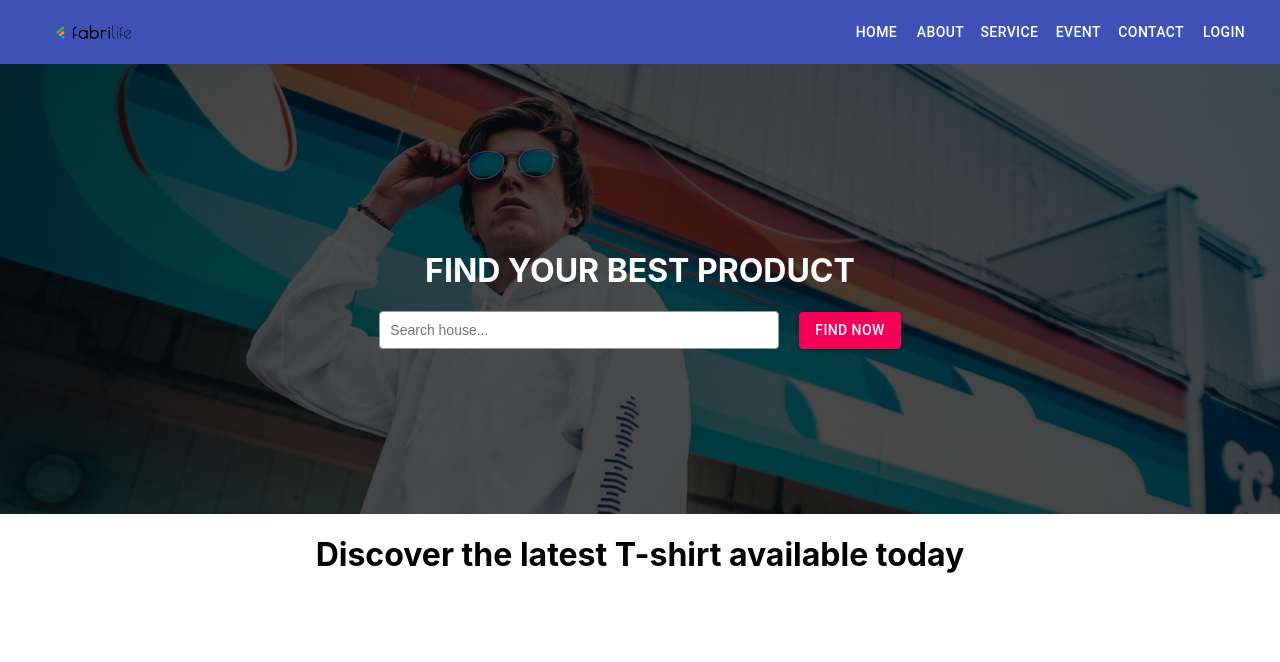
Repository: arif286/fabrilife-E-commerce-client-site
Page: /
The author's editor kept a copy of each file at every save. The page is drawn from the files as they stood at one save, then again after the next save.
The browser window is 1280 px wide. The pictures show the whole page.
The page's requests for data from a server got no answer. The project was rebuilt for these pictures with package versions that can differ from the ones it lists, and the page was loaded fresh each time. No one was signed in, and anything a server would have sent is missing. Also part of the build but not shown: src/components/AddEvent/AddEvent.css, src/components/AddEvent/AddEvent.js, src/components/Shop/ShopCard/ShopCard.js, src/components/NoMatch/NoMatch.js.

Above is the page before, as saved 2021-03-31 01:43:19.

### src/App.js
import React from "react";
import { BrowserRouter as Router, Route, Switch } from "react-router-dom";
import AddEvent from "./components/AddEvent/AddEvent";
import Header from "./components/Header/Header";
import Home from "./components/Home/Home";
import NoMatch from "./components/NoMatch/NoMatch";


function App() {
  return (
    <div>
      <Router>
        <Header />
        <Switch>
          <Route path="/home">
            <Home/>
          </Route>
          <Route path="/addEvent">
            <AddEvent />
          </Route>
          <Route exact path="/">
            <Home />
          </Route>
          <Route path="*">
            <NoMatch />
          </Route>
        </Switch>
      </Router>
    </div>
  );
}

export default App;

### src/components/Header/Header.js
import AppBar from "@material-ui/core/AppBar";
import Button from "@material-ui/core/Button";
import { makeStyles } from "@material-ui/core/styles";
import Toolbar from "@material-ui/core/Toolbar";
import Typography from "@material-ui/core/Typography";
import React from "react";
import { NavLink } from "react-router-dom";
import logo from "../../tshirt-shop/logos/fabrilife.svg";
import "./Header.css";

const useStyles = makeStyles((theme) => ({
  root: {
    flexGrow: 1,
  },
  menuButton: {
    marginRight: theme.spacing(2),
  },
  title: {
    flexGrow: 1,
  },
}));

const Header = () => {
  const classes = useStyles();

  return (
    <div className={classes.root}>
      <AppBar position="static">
        <Toolbar>
          <img
            style={{ width: "80px", marginLeft: "30px" }}
            src={logo}
            alt=""
          />
          {/* <IconButton
              edge="start"
              className={classes.menuButton}
              color="inherit"
              aria-label="menu"
            >
              <MenuIcon />
            </IconButton> */}
          <Typography variant="h6" className={classes.title}></Typography>
          <NavLink className="header-link" to="/home">
            <Button color="inherit">Home</Button>
          </NavLink>
          <NavLink className="header-link" to="/home">
            <Button color="inherit">About</Button>
          </NavLink>
          <NavLink className="header-link" to="/home">
            <Button color="inherit">Service</Button>
          </NavLink>
          <NavLink className="header-link" to="/addEvent">
            <Button color="inherit">Event</Button>
          </NavLink>
          <NavLink className="header-link" to="/home">
            <Button color="inherit">Contact</Button>
          </NavLink>
          <NavLink className="header-link" to="/login">
            <Button color="inherit">Login</Button>
          </NavLink>
        </Toolbar>
      </AppBar>
    </div>
  );
};

export default Header;

### src/components/Home/Home.js
import React from 'react';
import SearchBar from '../SearchBar/SearchBar';
import Shop from '../Shop/Shop';

const Home = () => {
    return (
        <>
            <SearchBar/>
            <Shop/>
        </>
    );
};

export default Home;

### src/components/Header/Header.css
.header-link {
  text-decoration: none;
  color: white;
}

### src/components/SearchBar/SearchBar.js
import { Button } from "@material-ui/core";
import React from "react";
import "./SearchBar.css";

const SearchBar = () => {
  return (
    <div className="bgImage">
      <div className="search-bar">
        <h1>Find your best product</h1>
        <div className="search-bar">
          <input placeholder="Search house..." type="text" />
          <Button color="secondary" variant="contained">
            Find Now
          </Button>
        </div>
      </div>
    </div>
  );
};

export default SearchBar;

### src/components/Shop/Shop.js
import { Container, Grid } from "@material-ui/core";
import axios from "axios";
import React, { useEffect, useState } from "react";
import ShopCard from "./ShopCard/ShopCard";

const Shop = () => {
     const [event, setEvent] = useState([]);

     useEffect(() => {
       axios
         .get("http://localhost:5000/event")
         .then((res) => setEvent(res.data))
         .catch((error) => console.log(error));
     }, []);

    return (
      <div>
        <Container>
          <Grid container direction="column" alignItems="center">
            <h1> Discover the latest T-shirt available today</h1>
          </Grid>
          <Grid container spacing={4}>
            {
              event.map((product, index) => (
              <Grid item xs={12} sm={6} md={4}>
                <ShopCard product={product} key={index} />
              </Grid>
            ))
            }
          </Grid>
        </Container>
      </div>
    );
};

export default Shop;

### src/components/SearchBar/SearchBar.css
.bgImage {
  background-image: linear-gradient(#000000b3, #000000b3),
    url("../../tshirt-shop/images/websiteheader2.png") !important;
  background-repeat: no-repeat;
  background-size: cover;
  min-height: 450px;
  width: 100%;
  display: flex;
  justify-content: center;
  align-items: center;
}
.search-bar h1 {
  color: white;
  text-transform: uppercase;
}
.search-bar input {
  min-width: 400px;
  display: inline-block;
  box-sizing: border-box;
  padding: 10px;
  border-radius: 4px;
  font-size: 14px;
  border: 1px solid #999999;
  outline: none;
  margin-right: 20px;
}
.search-bar {
  text-align: center;
}

Loaded but not shown: public/index.html (common file); src/index.js (common file); src/index.css (common file); src/reportWebVitals.js (common file); src/components/Shop/ShopCard/ShopCard.css (no stored copy; drawn as an empty file)

After the next save:
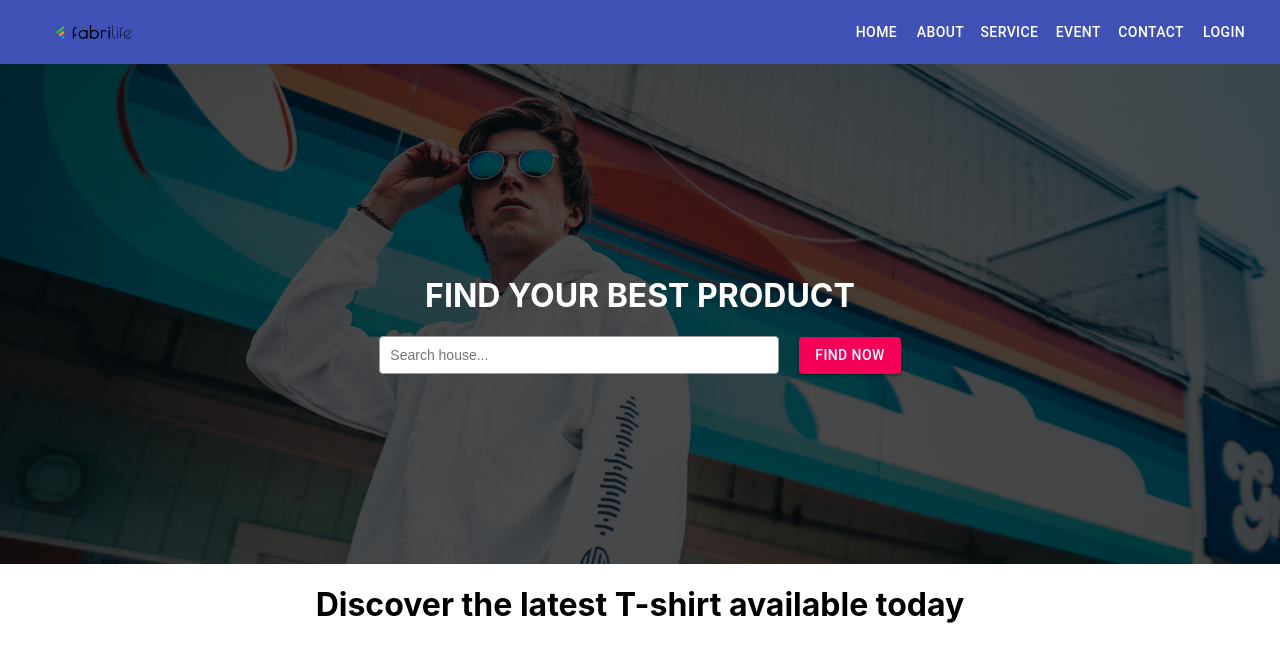
Saved 40 s later.
--- a/src/components/SearchBar/SearchBar.css
+++ b/src/components/SearchBar/SearchBar.css
@@ -3,7 +3,7 @@
     url("../../tshirt-shop/images/websiteheader2.png") !important;
   background-repeat: no-repeat;
   background-size: cover;
-  min-height: 450px;
+  min-height: 500px;
   width: 100%;
   display: flex;
   justify-content: center;
